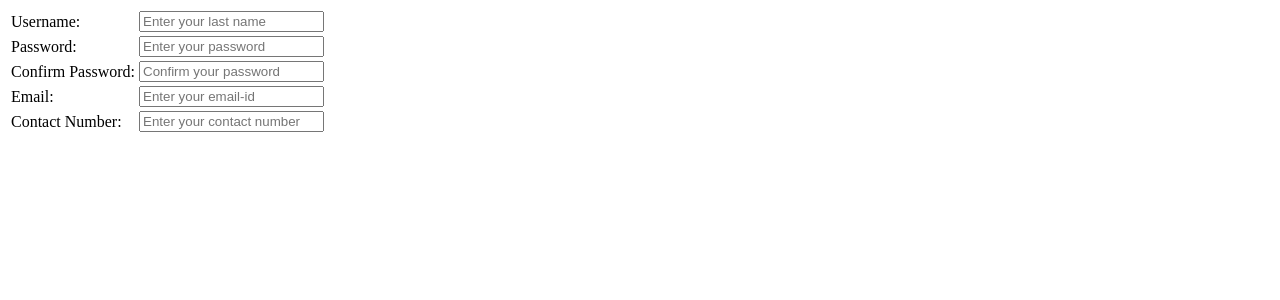
Repository: MD-1107/ISS_Assignment
Page: http://localhost/Signup/login.jsp
An editor plug-in stored every save of this project. The page is shown before and after the next save, followed by the edit.
The browser window is 1280 px wide. The pictures show the whole page.
The page is served by Tomcat 9.

Above is the page before, as saved 2024-01-02 12:28:41.

After the next save:
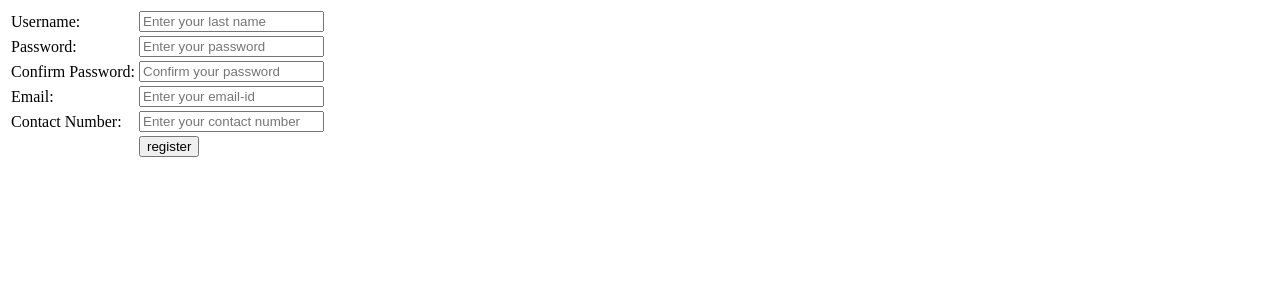
Saved 85 s later.
--- a/INTEGRATING CLIENT SIDE PROGRAMMING/Signup/src/main/webapp/login.jsp
+++ b/INTEGRATING CLIENT SIDE PROGRAMMING/Signup/src/main/webapp/login.jsp
@@ -14,7 +14,7 @@
 <tr><td>Confirm Password: </td><td><input type="password" name="confirm_password" id="confirm_password" placeholder="Confirm your password"></td></tr>
 <tr><td>Email: </td><td> <input type="email" name="email" id="name" placeholder="Enter your email-id"></td></tr>
 <tr><td>Contact Number: </td><td><input type="number" name="contact" id="name" placeholder="Enter your contact number"></td></tr>
-
+<tr><td></td><td> <input type="submit" value="register"></td></tr>
 </table>
 </body>
 </html>
